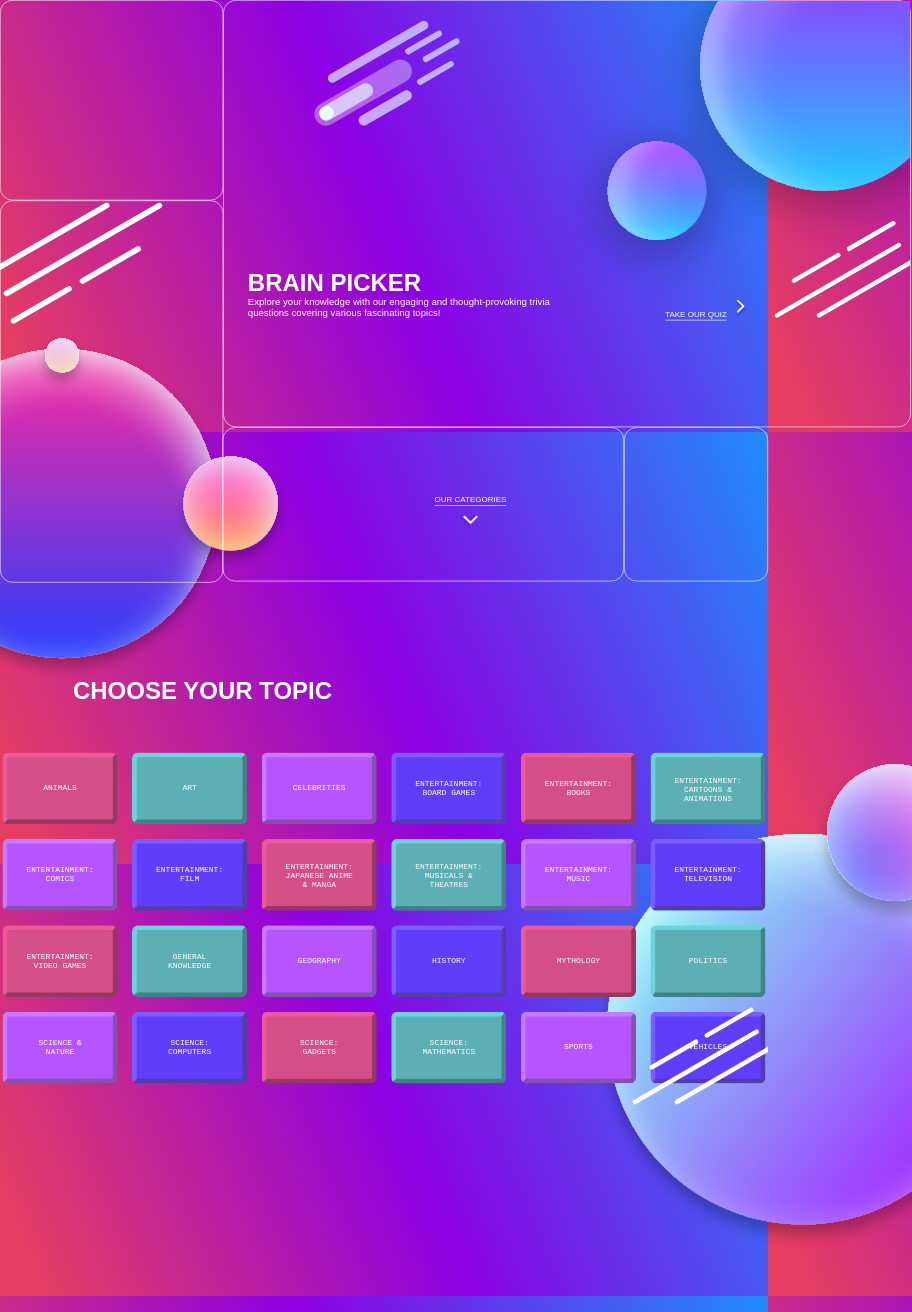
Repository: pjiang604/COMP-2170_Final-Project
Page: index.html
An editor plug-in stored every save of this project. The page is shown before and after the next save, followed by the edit.
The browser window is 1280 px wide. The page is 1520 px wide, then 1518 px, so the pictures cover 1520 px, including what lies to the right of the window. The pictures show the whole page, at 60% of full size.
Backgrounds fixed to the window are drawn as part of the page.

Above is the page before, as saved 2023-04-30 13:41:16.

### index.html
<!DOCTYPE html>
<html lang="en">
  <head>
    <meta charset="UTF-8">
    <meta http-equiv="X-UA-Compatible" content="IE=edge">
    <meta name="viewport" content="width=device-width, initial-scale=1.0">
    <link rel="stylesheet" href="style.css">
    <title> Brain Picker </title>
    <script src="/easy.js"></script>
    <script src="/medium.js"></script>
    <script src="/hard.js"></script>
  </head>
  <body>
    <div class="container">
      <div class="graphic__left">
        <img class="bottom__left_sphere" src="/Assets/bg_graphics/bottom_left_sphere_group.svg" alt="">
        <img class="left__shooting_star" src="/Assets/bg_graphics/shooting_star_left.svg" alt="">
      </div>
      <div class="left__containers">
        <div class="left__container_top"></div>
        <div class="left__container_bottom"></div>
      </div>
      <div class="quiz__container">
        <div class="left__content">
          <h1> BRAIN PICKER </h1>
          <p> Explore your knowledge with our engaging and thought-provoking trivia questions covering various fascinating topics! </p>
        </div>
        <div class="right__content">
          <div class="graphics">
            <img class="shooting__star_top" src="/Assets/bg_graphics/shooting_star_alt.svg" alt="">
            <img class="top__right_sphere" src="/Assets/bg_graphics/top_right_sphere_group.svg" alt="">
            <img class="star__right" src="/Assets/bg_graphics/shooting_star_right.svg" alt="">
          </div>
          <div class="quiz__button">
            <a href="#">
              <button class="take__quiz_button"> TAKE OUR QUIZ </button>
              <img class="quiz__arrow" src="/Assets/buttons/arrow-head.svg" alt="">
            </a>
          </div>
        </div>
      </div>
    </div>
    <div class="bottom__containers">
      <div class="bottom__container_left">
        <a href="#">
          <button class="categories__button"> OUR CATEGORIES </button>
        </a>
        <img class="categories__arrow" src="/Assets/buttons/arrow-head.svg" alt="" width="30px">
      </div>
      <div class="bottom__container_right"></div>
    </div>

    <div class="categories__section">
      <h1 class="topics_header">CHOOSE YOUR TOPIC</h1>

      <div class="categories_container">
        <button class='topic_button1' id="animals">animals</button>
        <button class='topic_button2' id="art">art</button>
        <button class='topic_button3' id="celebrities">celebrities</button>
        <button class='topic_button4' id="board_games">entertainment: board games</button>
        <button class='topic_button1' id="books">entertainment: books</button>
        <button class='topic_button2' id="cartoons_animations">entertainment: cartoons & animations</button>
        <button class='topic_button3' id="comics">entertainment: comics</button>
        <button class='topic_button4' id="film">entertainment: film</button>
        <button class='topic_button1' id="japanese_anime">entertainment: japanese anime & manga</button>
        <button class='topic_button2' id="musicals_theatre">entertainment: musicals & theatres</button>
        <button class='topic_button3' id="music">entertainment: music</button>
        <button class='topic_button4' id="television">entertainment: television</button>
        <button class='topic_button1' id="video_games">entertainment: video games</button>
        <button class='topic_button2' id="general_knwoledge">general knowledge</button>
        <button class='topic_button3' id="geography">geography</button>
        <button class='topic_button4' id="history">history</button>
        <button class='topic_button1' id="mythology">mythology</button>
        <button class='topic_button2' id="politics">politics</button>
        <button class='topic_button3' id="science_nature">science & nature</button>
        <button class='topic_button4' id="computers">science: computers</button>
        <button class='topic_button1' id="gadgets">science: gadgets </button>
        <button class='topic_button2' id="mathematics">science: mathematics</button>
        <button class='topic_button3' id="sports">sports</button>
        <button class='topic_button4' id="vehicles">vehicles</button>
      </div>
      <div class="graphics_bottom">
        <img class="shooting__star_top" src="/Assets/bg_graphics/shooting_star_alt.svg" alt="">
        <img class="bottom_right_sphere" src="/Assets/bg_graphics/bottom_right_sphere_group.svg" alt="">
        <img class="star__right" src="/Assets/bg_graphics/shooting_star_right.svg" alt="">
      </div>
    </div>

  </body>
</html>

### style.css
:root {
	--primary-font: Arial, Helvetica, sans-serif;
	--secondary-font: 'Courier New', Courier, monospace;
	--font-weight-general: normal;
	--font-weight-light: 100;
	--font-weight-bold: bold;
	--font-size-body: 12pt;
	--font-size-heading: 30pt;
	--font-size-sub-heading: 22pt;

	--white: #fff;
	--black: #000000;
	--crimson: #d44f88;
	--crimson-2:#ea5a99;
	--teal:#5CAFB5;
	--teal-2:#6ad3db;
	--indigo:#603CFB;
	--indigo-2:#7a5cff;
	--purple: #B654FF;
	--purple-2:#c57aff;
}

h1 {
	font-size: var(--font-size-heading);
	font-weight: var(--font-weight-bold);
	font-family: var(--primary-font);
}

h2 {
	font-size: var(--font-size-sub-heading);
	font-weight: var(--font-weight-bold);
	font-family: var(--primary-font);
}

p {
	font-size: var(--font-size-body);
	font-weight: var(--font-weight-general);
	font-family: var(--primary-font);
}

* {
	margin: 0;
}

body {
	/* Linear gradient bg */
	background: linear-gradient(247.38deg, #2189FA 0.96%, #8D00E4 50.19%, #E53D62 95.42%);
	min-height: 2000px;
	background-attachment: fixed;
	background-position: center;
	background-repeat: no-repeat;
	background-size: cover;
	max-width: 100%;
}

/**Main container**/
.container {
	display: flex;
}

.bottom__left_sphere {
	position: absolute;
	width: 30rem;
	top: 35rem;
	z-index: -1;
}

.left__shooting_star {
	width: 17rem;
	position: absolute;
	top: 21rem;
}

/**Left containers**/
.left__container_top {
	box-sizing: border-box;
	display: flex;
	width: 372px;
	height: 334px;
	border: 0.25px solid #FFFFFF;
	border-radius: 21px;
}

.left__container_bottom {
	box-sizing: border-box;
	display: flex;
	width: 372px;
	height: 637px;
	border: 0.25px solid #FFFFFF;
	border-radius: 21px;
}

/**Bottom containers**/
.bottom__containers {
	display: flex;
	margin-top: -16.2rem;
	/* justify-content: end; */
	padding-left: 23.2rem;
}

.bottom__container_left {
	box-sizing: border-box;
	display: flex;
	width: 52.8rem;
	height: 257px;
	border: 0.25px solid #FFFFFF;
	border-radius: 21px;
}

.bottom__container_right {
	box-sizing: border-box;
	display: flex;
	width: 303px;
	height: 257px;
	border: 0.25px solid #FFFFFF;
	border-radius: 21px;
}

/**Quiz Section**/
.quiz__container {
	box-sizing: border-box;
	display: flex;
	width: 71.6rem;
	height: 44.5rem;
	border: 0.15px solid #FFFFFF;
	border-radius: 21px;
}

.shooting__star_top {
	position: absolute;
	right: 32rem;
	top: 2rem;
}

.top__right_sphere {
	display: flex;
	justify-content: end;
}

.star__right {
	display: flex;
	position: relative;
	float: right;
	bottom: 8rem;
}

.left__content {
	color: var(--white);
	width: 40rem;
	padding-left: 2.5rem;
	padding-top: 28rem;
}

.take__quiz_button {
	border: none;
	text-decoration: underline;
	text-underline-offset: 5px;
	color: var(--white);
	background: none;
	padding-left: 11rem;
	cursor: pointer;
}

.quiz__button>a {
	text-decoration: none;
}


.categories__button {
	border: none;
	text-decoration: underline;
	text-underline-offset: 5px;
	color: var(--white);
	background: none;
	padding-left: 22rem;
	padding-top: 7rem;
	cursor: pointer;
}

.categories__arrow {
	rotate: 90deg;
	margin-top: 2.5rem;
	position: absolute;
	left: 48rem;
	top: 50.5rem;
}

.bottom__container_left>a {
	text-decoration: none;
}


/** Topics Section **/
.categories__section{
	display: flex;
	flex-direction: column;
	align-items: left;
	justify-content: center;
	margin-top: 10rem;
}
.topics_header{
	color: var(--white);
	margin-left: 7.6rem;
}

.categories_container{
	font-family: var(--secondary-font);
	display: grid;
	grid-template-columns: 12rem 12rem 12rem 12rem 12rem 12rem;
	gap: 1.5rem;
	align-items: center;
	justify-content: center;
	padding-top: 5rem;
}

.topic_button1{
	font-family: var(--secondary-font);
	border-width: .5rem;
	height: 7.5rem;
    color: var(--white);
    border-radius: 0.656rem;
    background-color: var(--crimson);
    border-color: var(--crimson-2);
	padding: 2rem;
	text-transform: uppercase;

}

.topic_button2{
	font-family: var(--secondary-font);
	background-color: var(--teal);
	height: 7.5rem;
	color: var(--white);
	border-radius: 0.656rem;
	border-color: var(--teal-2);
	border-width: .5rem;
	text-transform: uppercase;
	padding: 2rem;
}
.topic_button3{
	font-family: var(--secondary-font);
	background-color:var(--purple);
	height: 7.5rem;
	color: var(--white);
	border-radius: 0.656rem;
	border-color:var(--purple-2);
	border-width: .5rem;
	text-transform: uppercase;
	padding: 2rem;
}
.topic_button4{
	font-family: var(--secondary-font);
	background-color:var(--indigo);
	height: 7.5rem;
	color: var(--white);
	border-radius: 0.656rem;
	border-color: var(--indigo-2);
	border-width: .5rem;
	text-transform: uppercase;
	padding: 2rem;
}

.bottom_right_sphere{
	position: absolute;
	width: 40rem;
	left: 55rem;
	top: 70rem;
	z-index: -1;
}

Loaded but not shown: easy.js (no stored copy; drawn as an empty file); medium.js (no stored copy; drawn as an empty file); hard.js (no stored copy; drawn as an empty file)

After the next save:
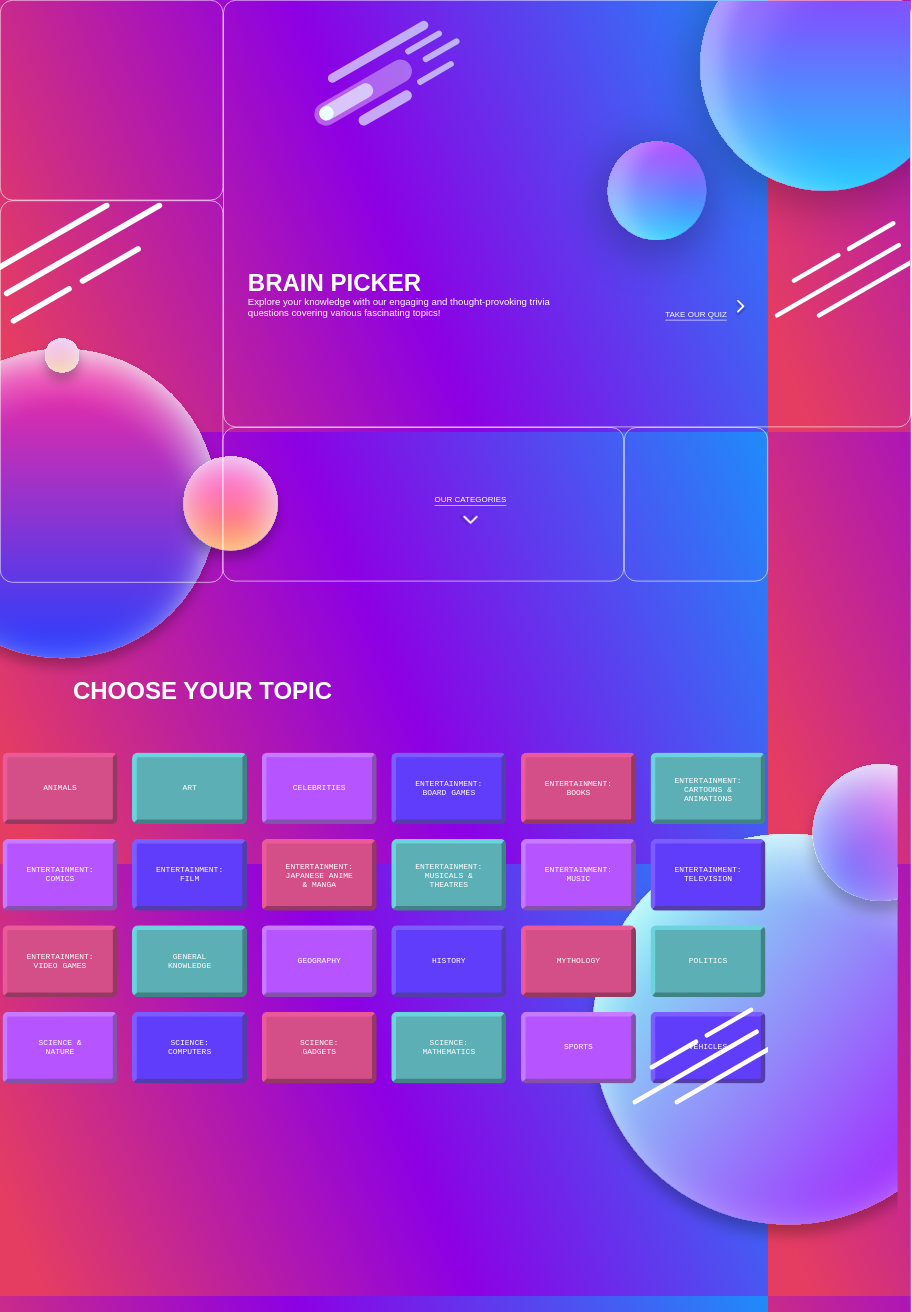
Saved 10 s later.
--- a/style.css
+++ b/style.css
@@ -263,7 +263,7 @@ body {
 .bottom_right_sphere{
 	position: absolute;
 	width: 40rem;
-	left: 55rem;
+	left: 53.5rem;
 	top: 70rem;
 	z-index: -1;
 }
